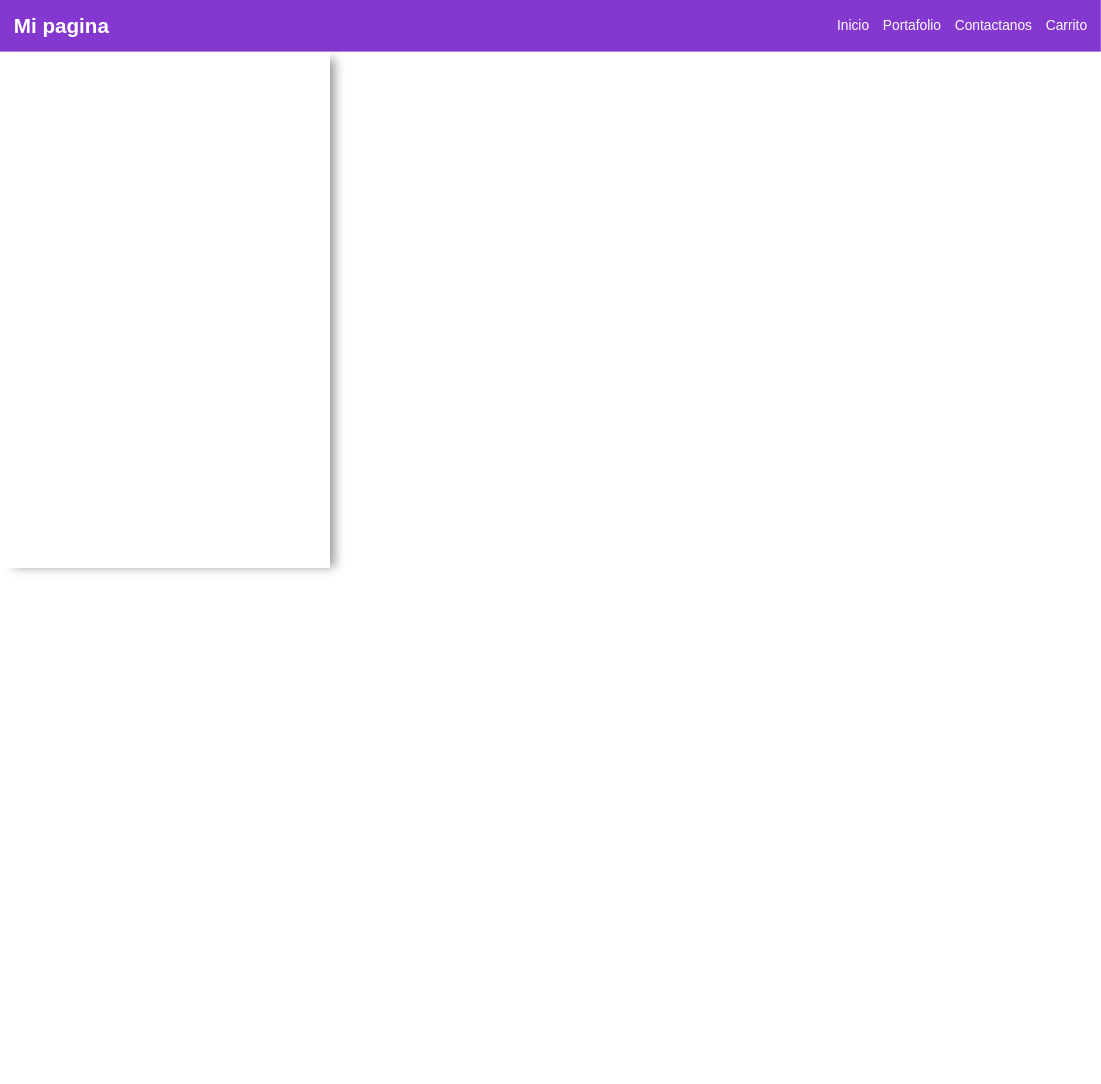
Repository: TzStrikerYT/Dise-o-web-NA00
Page: Proyecto-01/index.html
An editor plug-in stored every save of this project. The page is shown before and after the next save, followed by the edit.
The browser window is 1280 px wide. The pictures show the whole page, at 86% of full size.

Above is the page before, as saved 2024-08-21 21:23:13.

### Proyecto-01/index.html
<!DOCTYPE html>
<html lang="en">
  <head>
    <meta charset="UTF-8" />
    <meta http-equiv="X-UA-Compatible" content="IE=edge" />
    <meta name="viewport" content="width=device-width, initial-scale=1.0" />
    <title>Document</title>
    <link rel="stylesheet" href="style.css" />
  </head>
  <body>

    <!-- barra de navegación -->
    <nav class="navbar">
        <div class="logo">
            <h2>Mi pagina</h2>
        </div>

        <div class="nav-options">
            <a href="#" class="hiper-nav">Inicio</a>
            <a href="#" class="hiper-nav">Portafolio</a>
            <a href="#" class="hiper-nav">Contactanos</a>
            <a href="#" class="hiper-nav">Carrito</a>
        </div>
    </nav>

    <section class="home-container">
        <div class="info"></div>
        <div class="experience"></div>
    </section>

    <section>
        <div></div>
        <div></div>
        <div></div>
    </section>



  </body>
</html>

### Proyecto-01/style.css
* {
  margin: 0;
  padding: 0;
  font-family: Arial, Helvetica, sans-serif;
  scroll-behavior: smooth;
}

.navbar {
    display: flex;
    justify-content: space-between;
    align-items: center;
    background: #8438d0;
    color: #fff;
    padding: 1rem;
}

.nav-options {
    display: flex;
    gap: 1rem;
}

.hiper-nav {
    text-decoration: none;
    color: #fff;
}

.hiper-nav:hover {
    color: #9e9e9e;
}

.home.container {
    display: flex;
    padding-top: 3rem;
}

.info {
    width: 30%;
    height: 600px;
    box-shadow: 10px 4px 12px -5px rgba(0,0,0,0.42);
}

.experience {
    width: 60%;
    height: 600px;
}

After the next save:
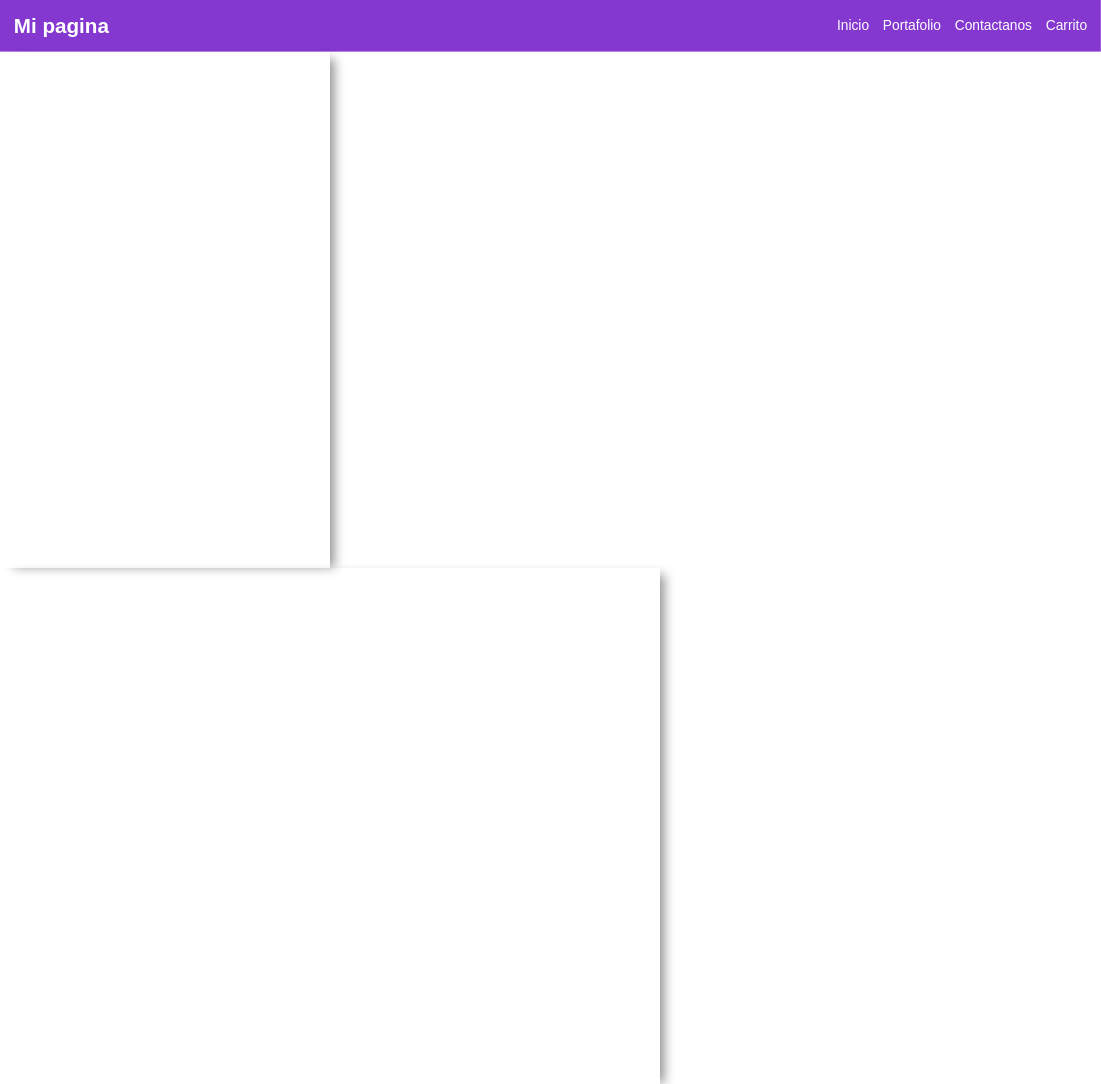
Saved 13 s later.
--- a/Proyecto-01/style.css
+++ b/Proyecto-01/style.css
@@ -30,7 +30,6 @@
 
 .home.container {
     display: flex;
-    padding-top: 3rem;
 }
 
 .info {
@@ -42,4 +41,5 @@
 .experience {
     width: 60%;
     height: 600px;
+    box-shadow: 10px 4px 12px -5px rgba(0,0,0,0.42);
 }
